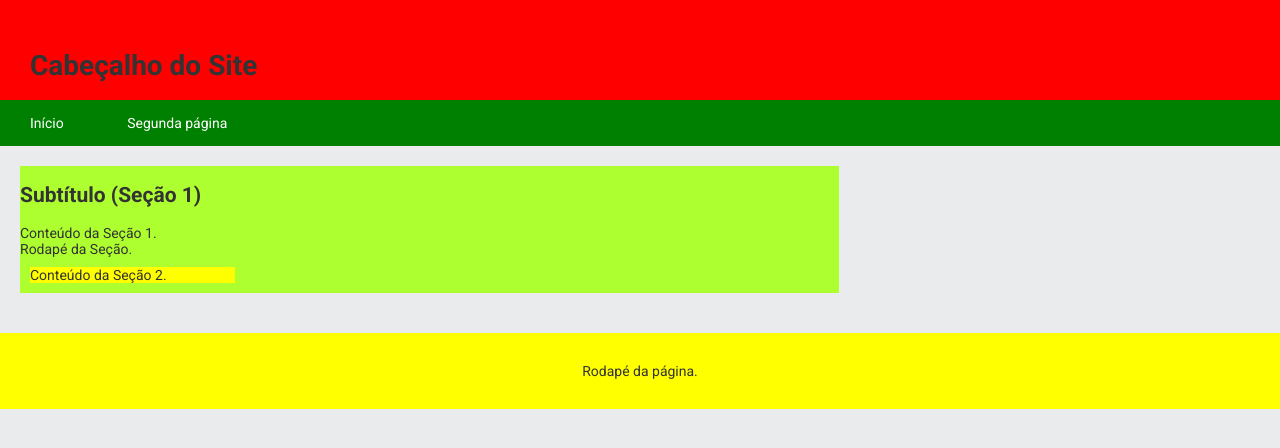
Repository: rrresck/pos_graduacao
Page: index.html
These files come from the project's save history. The page is drawn as it stood at one moment and after the next save; the edit follows.
The browser window is 1280 px wide. The pictures show the whole page.

Above is the page before, as saved 2023-05-04 11:36:48.

After the next save:
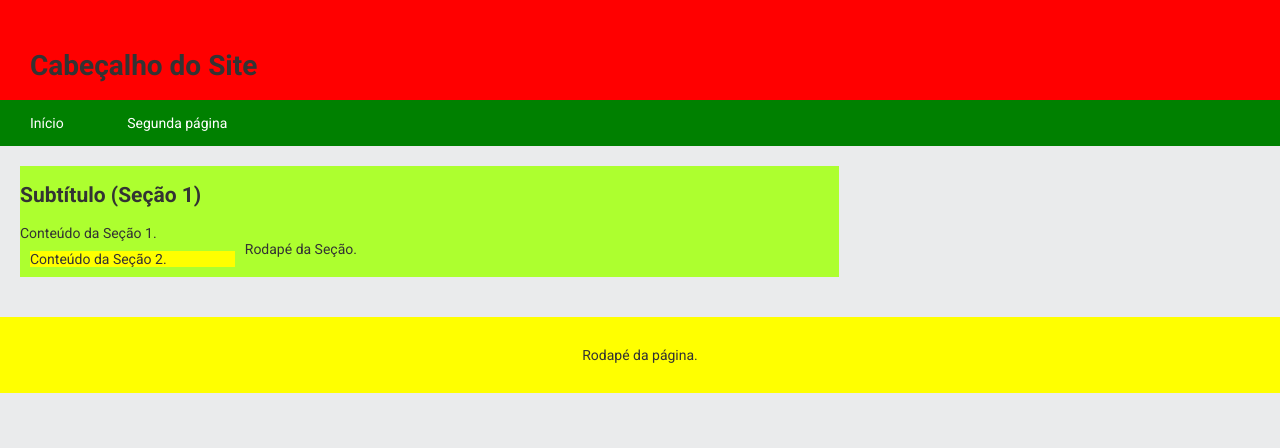
Saved 4 min 3 s later.
--- a/index.html
+++ b/index.html
@@ -27,12 +27,12 @@
             <article>
                 Conteúdo da Seção 1.
             </article>
+            <aside id="secao2">
+                Conteúdo da Seção 2.
+            </aside>
             <footer>
                 Rodapé da Seção.
             </footer>
-            <aside id="secao2">
-                Conteúdo da Seção 2.
-            </aside>
         </section>
     </div>
     <footer class="rodape">
